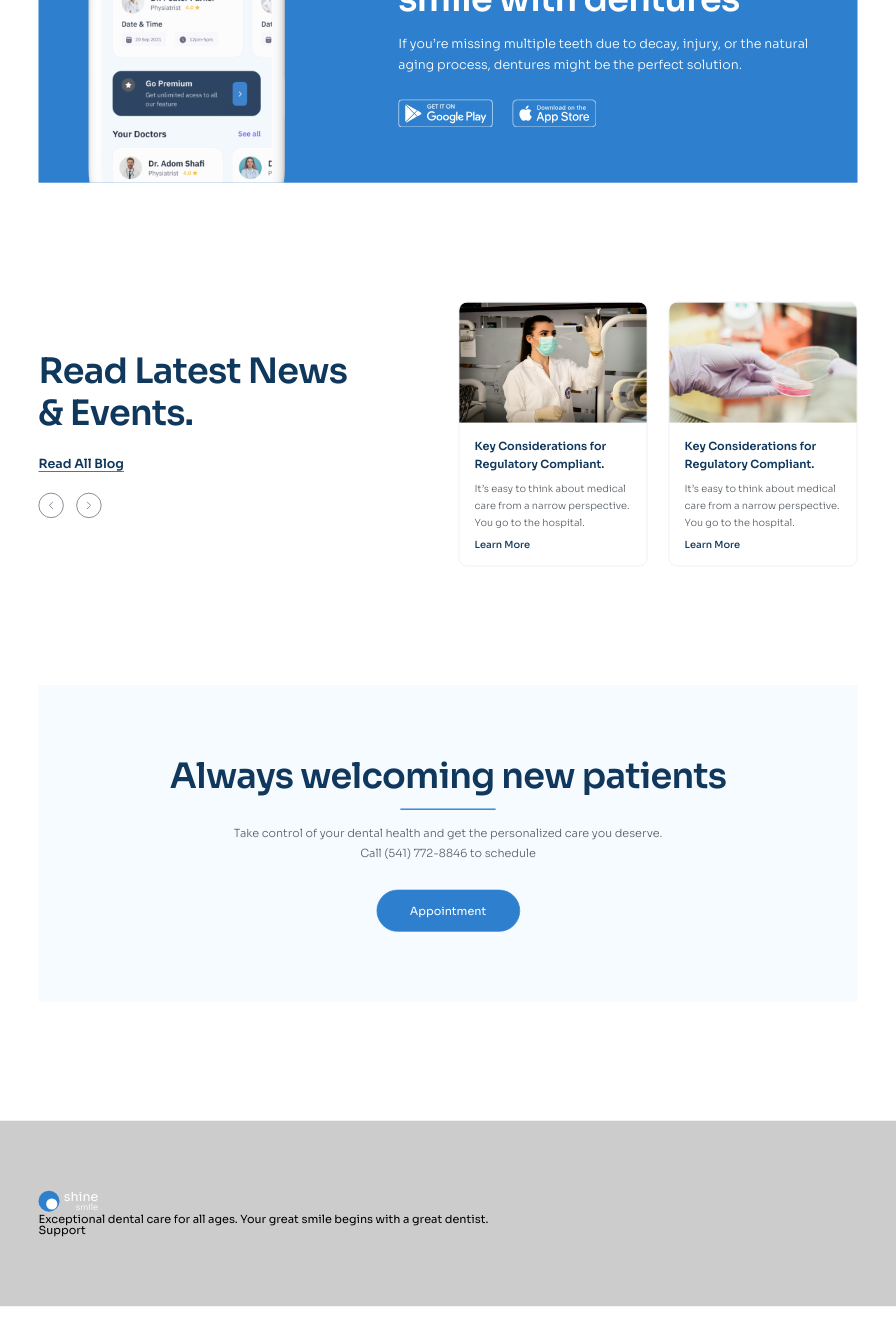
Repository: han2003dz/f8-project-03
Page: index.html
The author's editor kept a copy of each file at every save. The page is drawn from the files as they stood at one save, then again after the next save.
The browser window is 1280 px wide. The pictures show the part of the page from y = 4580 to 6500 px (the page is 8000 px tall), at 70% of full size.

Above is the page before, as saved 2023-05-09 00:10:05.

After the next save:
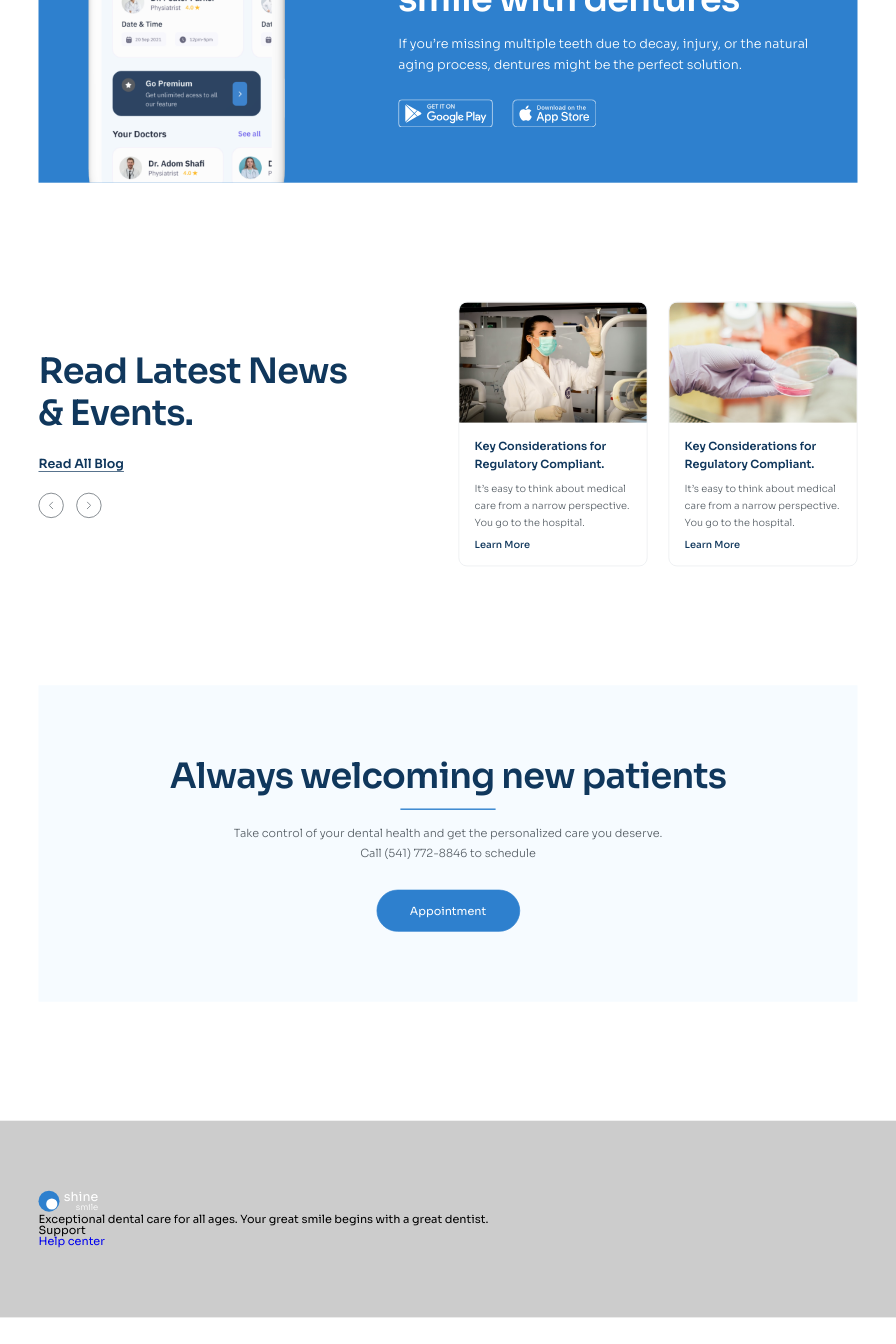
Saved 8 s later.
--- a/index.html
+++ b/index.html
@@ -398,7 +398,7 @@
                     <h3 class="footer__heading">Support</h3>
                     <ul class="footer__list">
                         <li>
-                            <a href="#!" class="footer__link"></a>
+                            <a href="#!" class="footer__link">Help center</a>
                             <a href="#!" class="footer__link"></a>
                             <a href="#!" class="footer__link"></a>
                             <a href="#!" class="footer__link"></a>
